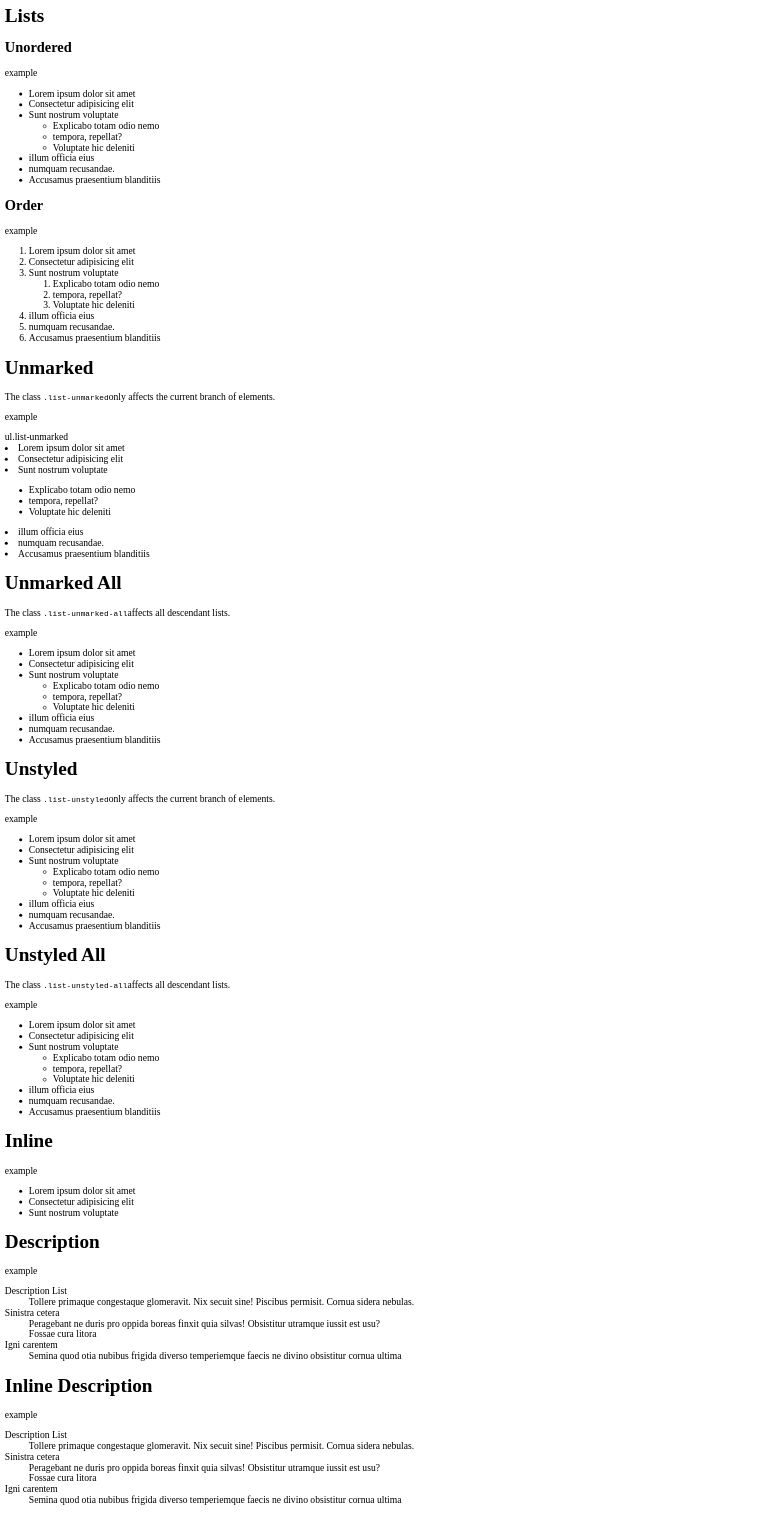
Repository: sympolinc/silk
Page: http://localhost/views/lists.php
The author's editor kept a record of every edit. The page is drawn from the files as they stood at one moment, then again after the next edit.
The browser window is 1280 px wide. The pictures show the whole page, at 60% of full size.
The page is run by PHP 8.4 with error messages shown; the project is at /var/www/html/.

Above is the page before.

### views/lists.php
<div class="section">
    <h1>Lists</h1>
    <div class="section">
        <h2>Unordered</h2>
        <div class="silk-example">
            <span class="lang">example</span>
            <div data-example>
                <ul>
                    <li>Lorem ipsum dolor sit amet</li>
                    <li>Consectetur adipisicing elit</li>
                    <li>Sunt nostrum voluptate
                        <ul>
                            <li>Explicabo totam odio nemo</li>
                            <li>tempora, repellat?</li>
                            <li>Voluptate hic deleniti</li>
                        </ul>
                    </li>
                    <li>illum officia eius</li>
                    <li>numquam recusandae.</li>
                    <li>Accusamus praesentium blanditiis</li>
                </ul>
            </div>
        </div>
    </div>
    <div class="section">
        <h2>Order</h2>
        <div class="silk-example">
            <span class="lang">example</span>
            <div data-example>
                <ol>
                    <li>Lorem ipsum dolor sit amet</li>
                    <li>Consectetur adipisicing elit</li>
                    <li>Sunt nostrum voluptate
                        <ol>
                            <li>Explicabo totam odio nemo</li>
                            <li>tempora, repellat?</li>
                            <li>Voluptate hic deleniti</li>
                        </ol>
                    </li>
                    <li>illum officia eius</li>
                    <li>numquam recusandae.</li>
                    <li>Accusamus praesentium blanditiis</li>
                </ol>
            </div>
        </div>
    </div>
    <div class="section">
        <h1>Unmarked</h1>
        <p>The class
            <code>.list-unmarked</code>only affects the current branch of elements.</p>
        <div
        class="silk-example">
            <span class="lang">example</span>
            <p data-example></p>
            <div>ul.list-unmarked
                <li>Lorem ipsum dolor sit amet</li>
                <li>Consectetur adipisicing elit</li>
                <li>Sunt nostrum voluptate
                    <ul>
                        <li>Explicabo totam odio nemo</li>
                        <li>tempora, repellat?</li>
                        <li>Voluptate hic deleniti</li>
                    </ul>
                </li>
                <li>illum officia eius</li>
                <li>numquam recusandae.</li>
                <li>Accusamus praesentium blanditiis</li>
            </div>
    </div>
</div>
<div class="section">
    <h1>Unmarked All</h1>
    <p>The class
        <code>.list-unmarked-all</code>affects all descendant lists.</p>
    <div class="silk-example">
        <span class="lang">example</span>
        <div data-example>
            <ul class="list-unmarked-all">
                <li>Lorem ipsum dolor sit amet</li>
                <li>Consectetur adipisicing elit</li>
                <li>Sunt nostrum voluptate
                    <ul>
                        <li>Explicabo totam odio nemo</li>
                        <li>tempora, repellat?</li>
                        <li>Voluptate hic deleniti</li>
                    </ul>
                </li>
                <li>illum officia eius</li>
                <li>numquam recusandae.</li>
                <li>Accusamus praesentium blanditiis</li>
            </ul>
        </div>
    </div>
</div>
<div class="section">
    <h1>Unstyled</h1>
    <p>The class
        <code>.list-unstyled</code>only affects the current branch of elements.</p>
    <div
    class="silk-example">
        <span class="lang">example</span>
        <div data-example>
            <ul class="list-unstyled">
                <li>Lorem ipsum dolor sit amet</li>
                <li>Consectetur adipisicing elit</li>
                <li>Sunt nostrum voluptate
                    <ul>
                        <li>Explicabo totam odio nemo</li>
                        <li>tempora, repellat?</li>
                        <li>Voluptate hic deleniti</li>
                    </ul>
                </li>
                <li>illum officia eius</li>
                <li>numquam recusandae.</li>
                <li>Accusamus praesentium blanditiis</li>
            </ul>
        </div>
</div>
</div>
<div class="section">
    <h1>Unstyled All</h1>
    <p>The class
        <code>.list-unstyled-all</code>affects all descendant lists.</p>
    <div class="silk-example">
        <span class="lang">example</span>
        <div data-example>
            <ul class="list-unstyled-all">
                <li>Lorem ipsum dolor sit amet</li>
                <li>Consectetur adipisicing elit</li>
                <li>Sunt nostrum voluptate
                    <ul>
                        <li>Explicabo totam odio nemo</li>
                        <li>tempora, repellat?</li>
                        <li>Voluptate hic deleniti</li>
                    </ul>
                </li>
                <li>illum officia eius</li>
                <li>numquam recusandae.</li>
                <li>Accusamus praesentium blanditiis</li>
            </ul>
        </div>
    </div>
</div>
<div class="section">
    <h1>Inline</h1>
    <div class="silk-example">
        <span class="lang">example</span>
        <div data-example>
            <ul class="list-inline">
                <li>Lorem ipsum dolor sit amet</li>
                <li>Consectetur adipisicing elit</li>
                <li>Sunt nostrum voluptate</li>
            </ul>
        </div>
    </div>
</div>
<div class="section">
    <h1>Description</h1>
    <div class="silk-example">
        <span class="lang">example</span>
        <div data-example>
            <dl>
                <dt>Description List</dt>
                <dd>Tollere primaque congestaque glomeravit. Nix secuit sine! Piscibus permisit.
                    Cornua sidera nebulas.</dd>
                <dt>Sinistra cetera</dt>
                <dd>Peragebant ne duris pro oppida boreas finxit quia silvas! Obsistitur utramque
                    iussit est usu?</dd>
                <dd>Fossae cura litora</dd>
                <dt>Igni carentem</dt>
                <dd>Semina quod otia nubibus frigida diverso temperiemque faecis ne divino
                    obsistitur cornua ultima</dd>
            </dl>
        </div>
    </div>
</div>
<div class="section">
    <h1>Inline Description</h1>
    <div class="silk-example">
        <span class="lang">example</span>
        <div data-example>
            <dl class="dl-inline">
                <dt>Description List</dt>
                <dd>Tollere primaque congestaque glomeravit. Nix secuit sine! Piscibus permisit.
                    Cornua sidera nebulas.</dd>
                <dt>Sinistra cetera</dt>
                <dd>Peragebant ne duris pro oppida boreas finxit quia silvas! Obsistitur utramque
                    iussit est usu?</dd>
                <dd>Fossae cura litora</dd>
                <dt>Igni carentem</dt>
                <dd>Semina quod otia nubibus frigida diverso temperiemque faecis ne divino
                    obsistitur cornua ultima</dd>
            </dl>
        </div>
    </div>
</div>
</div>

After the next edit:
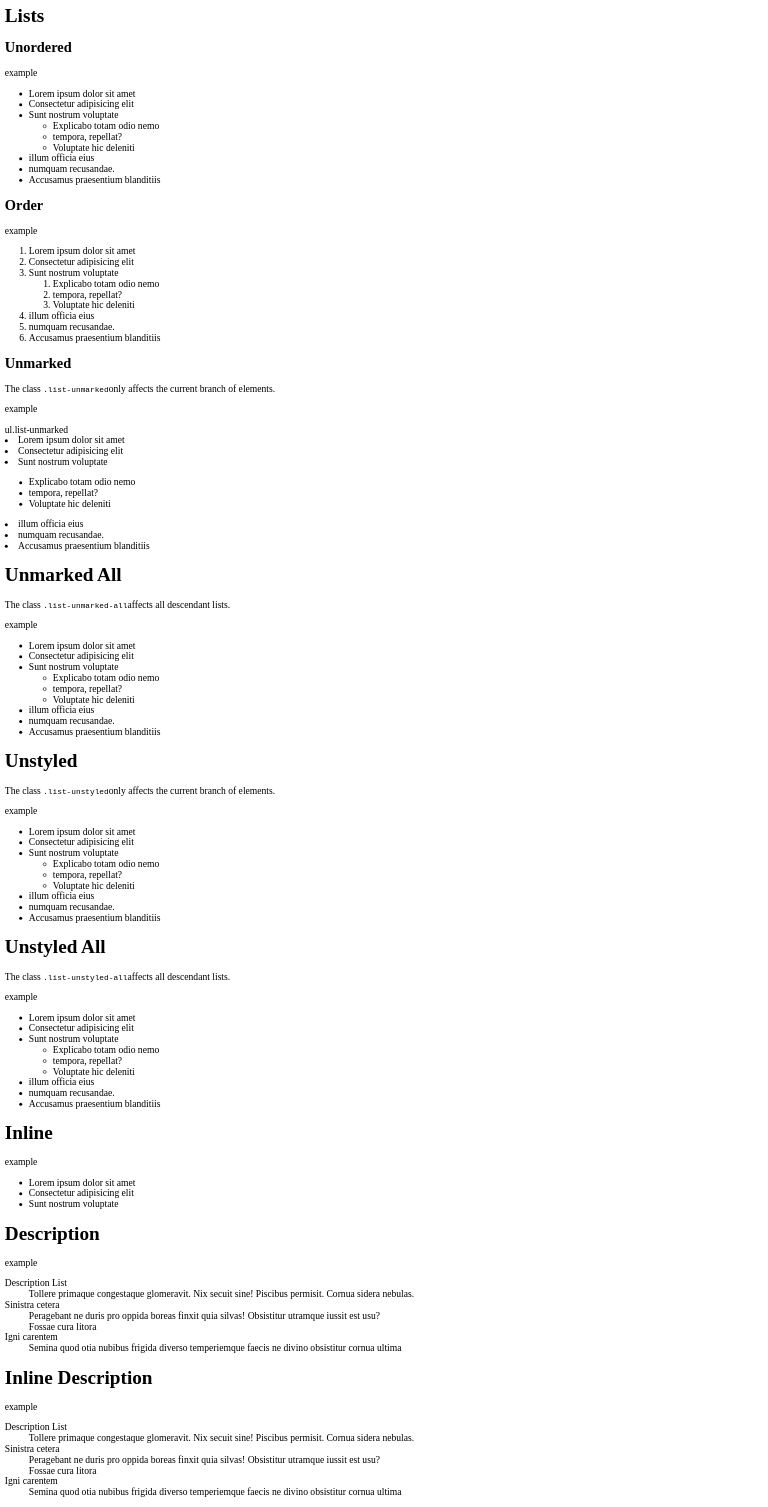
The edit:
--- a/views/lists.php
+++ b/views/lists.php
@@ -45,7 +45,7 @@
         </div>
     </div>
     <div class="section">
-        <h1>Unmarked</h1>
+        <h2>Unmarked</h2>
         <p>The class
             <code>.list-unmarked</code>only affects the current branch of elements.</p>
         <div
